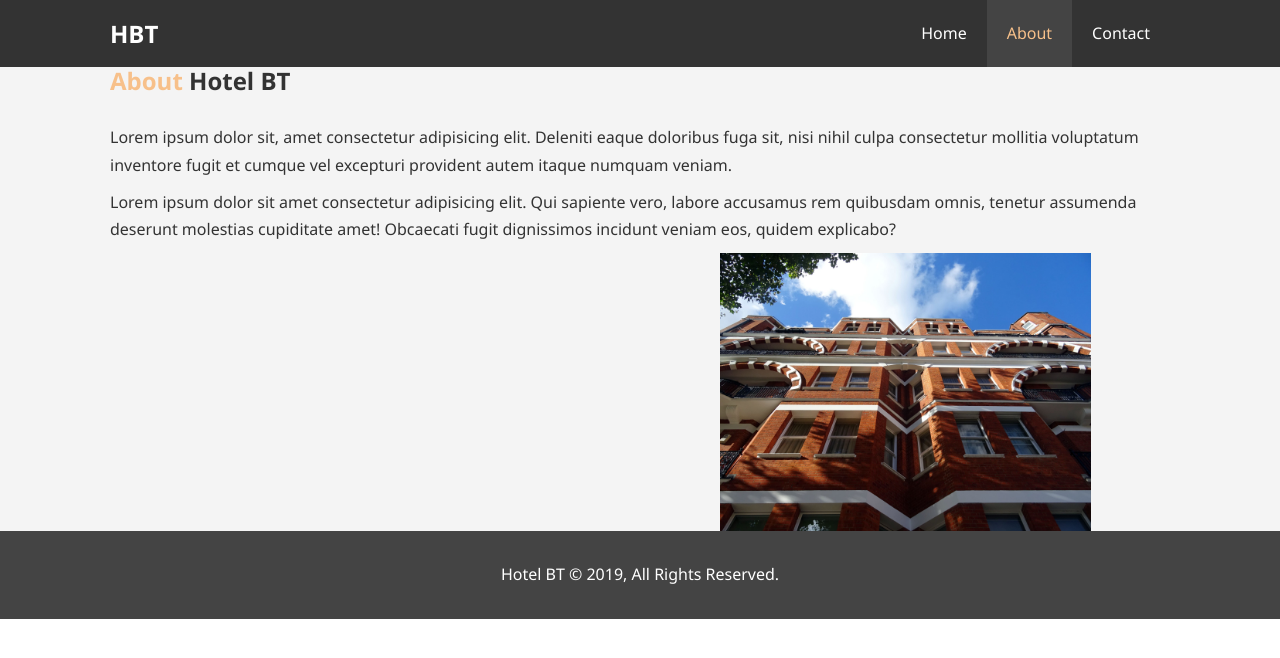
Repository: minhtien9/hotel-website
Page: about.html
An editor plug-in stored every save of this project. The page is shown before and after the next save, followed by the edit.
The browser window is 1280 px wide. The pictures show the whole page.

Above is the page before, as saved 2021-08-14 18:16:12.

### about.html
<!DOCTYPE html>
<html lang="en">

<head>
    <meta charset="UTF-8" />
    <meta http-equiv="X-UA-Compatible" content="IE=edge" />
    <meta name="viewport" content="width=device-width, initial-scale=1.0" />
    <meta name="description" content="Welcome to the most extraordinary hotel in Boston Massachusetts" />
    <meta name="keywords" content="hotel, boston hotel, new england hotel" />

    <link rel="stylesheet" href="css/style.css" />
    <title>Hotel BT | About</title>
</head>

<body>
    <header>
        <nav id="navbar">
            <div class="container">
                <h1 class="logo">
                    <a href="index.html"></a> HBT</h1>
                <ul>
                    <li><a href="index.html">Home</a></li>
                    <li><a class="current" href="about.html">About</a></li>
                    <li><a href="contact.html">Contact</a></li>
                </ul>
            </div>
        </nav>
    </header>
    <section id="about-info" class="bg-light">
        <div class="container">
            <div class="info-left">
                <h1><span class="text-primary">About</span> Hotel BT</h1>
                <p>
                    Lorem ipsum dolor sit, amet consectetur adipisicing elit. Deleniti eaque doloribus fuga sit, nisi nihil culpa consectetur mollitia voluptatum inventore fugit et cumque vel excepturi provident autem itaque numquam veniam.
                </p>
                <p>
                    Lorem ipsum dolor sit amet consectetur adipisicing elit. Qui sapiente vero, labore accusamus rem quibusdam omnis, tenetur assumenda deserunt molestias cupiditate amet! Obcaecati fugit dignissimos incidunt veniam eos, quidem explicabo?
                </p>
            </div>
            <div class="info-right">
                <img src="./img/photo-2.jpg" alt="hotel" />
            </div>
        </div>
    </section>
    <footer id="main-footer">
        <p>Hotel BT &copy; 2019, All Rights Reserved.</p>
    </footer>
</body>

</html>

### css/style.css
/* Reset */

* {
    margin: 0;
    padding: 0;
    box-sizing: border-box;
}


/* Main Styling */

html,
body {
    font-family: 'Segoe UI', Tahoma, Geneva, Verdana, sans-serif;
    line-height: 1.7em;
}

a {
    color: #333;
    text-decoration: none;
}

h1,
h2,
h3 {
    padding-bottom: 20px;
}

p {
    margin: 10px 0;
}


/* Utility Classes */

.container {
    margin: auto;
    max-width: 1100px;
    overflow: auto;
    padding: 0 20px;
}

.text-primary {
    color: #f7c08a;
}

.lead {
    font-size: 20px;
}

.btn {
    display: inline-block;
    font-size: 18px;
    color: #fff;
    background: #333;
    padding: 13px 20px;
    border: none;
    cursor: pointer;
}

.btn:hover {
    background: #f7c08a;
    color: #333;
}

.btn-light {
    background: #f4f4f4;
    color: #333;
}

.bg-dark {
    background: #333;
    color: #fff;
}

.bg-light {
    background: #f4f4f4;
    color: #333;
}

.bg-primary {
    background: #f7c08a;
    color: #333;
}

.clr {
    clear: both;
}


/* Navbar */

#navbar {
    background: #333;
    color: #fff;
    overflow: auto;
}

#navbar a {
    color: #fff;
}

#navbar h1 {
    float: left;
    padding-top: 20px;
}

#navbar ul {
    list-style: none;
    float: right;
}

#navbar ul li {
    float: left;
}

#navbar ul li a {
    display: block;
    padding: 20px;
    text-align: center;
}

#navbar ul li a:hover,
#navbar ul li a.current {
    background: #444;
    color: #f7c08a;
}


/* Show case */

#showcase {
    background: url('../img/showcase.jpg') no-repeat center center/cover;
    height: 600px;
}

#showcase .showcase-content {
    color: #fff;
    text-align: center;
    padding-top: 170px;
}

#showcase .showcase-content h1 {
    font-size: 60px;
    line-height: 1.2em;
}

#showcase .showcase-content p {
    padding: bottom 20px;
    line-height: 1.7em;
}


/* Home info */

#home-info {
    height: 400px;
}

#home-info .info-img {
    float: left;
    width: 50%;
    background: url('../img/photo-1.jpg') no-repeat;
    min-height: 100%;
}

#home-info .info-content {
    float: right;
    width: 50%;
    height: 100%;
    text-align: center;
    padding: 50px 30px;
    overflow: hidden;
}

#home-info .info-content p {
    padding-bottom: 30px;
}


/* Features */

.box {
    float: left;
    width: 33.3%;
    padding: 50px;
    text-align: center;
}

.box i {
    margin-bottom: 10px;
}


/* About */

#about-info .info-right {
    float: right;
    width: 50%;
    min-height: 100%;
}

#about-info .info-right img {
    display: block;
    margin: auto;
    width: 70%;
}


/* Footer */

#main-footer {
    text-align: center;
    background: #444;
    color: #fff;
    padding: 20px;
}

After the next save:
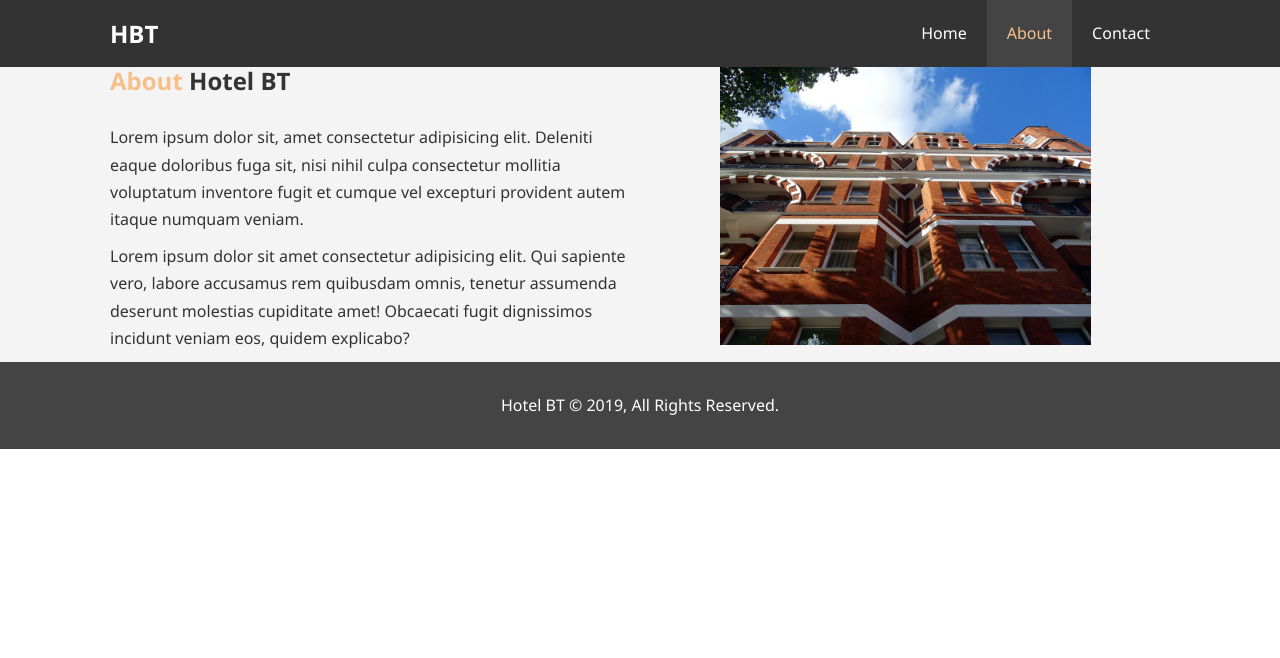
Saved 2 min 1 s later.
--- a/css/style.css
+++ b/css/style.css
@@ -206,6 +206,11 @@
     width: 70%;
 }
 
+#about-info .info-left {
+    float: left;
+    width: 50%;
+}
+
 
 /* Footer */
 

After the 2 saves that followed:
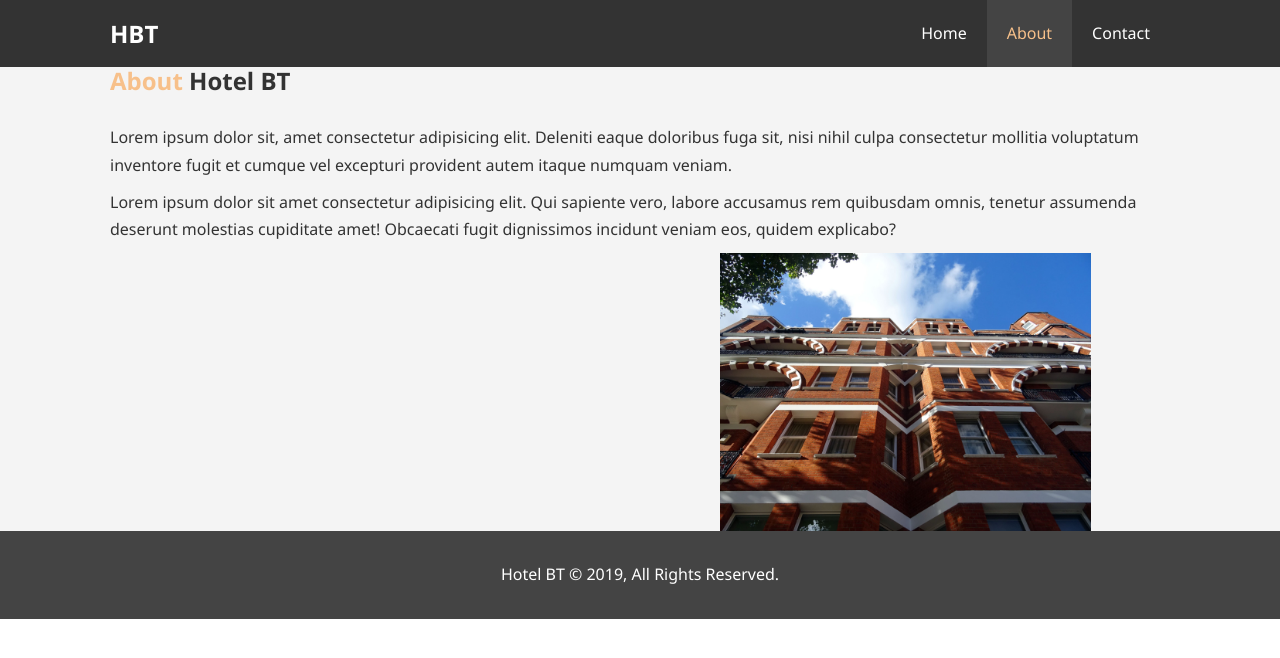
The 2 saves are shown as one change because 1 left the picture as it was.
The last was saved 30 s later.
--- a/css/style.css
+++ b/css/style.css
@@ -206,10 +206,12 @@
     width: 70%;
 }
 
-#about-info .info-left {
-    float: left;
-    width: 50%;
-}
+
+/* #about-info .info-left {
+    float: left;
+    width: 50%;
+    min-height: 100%;
+} */
 
 
 /* Footer */
